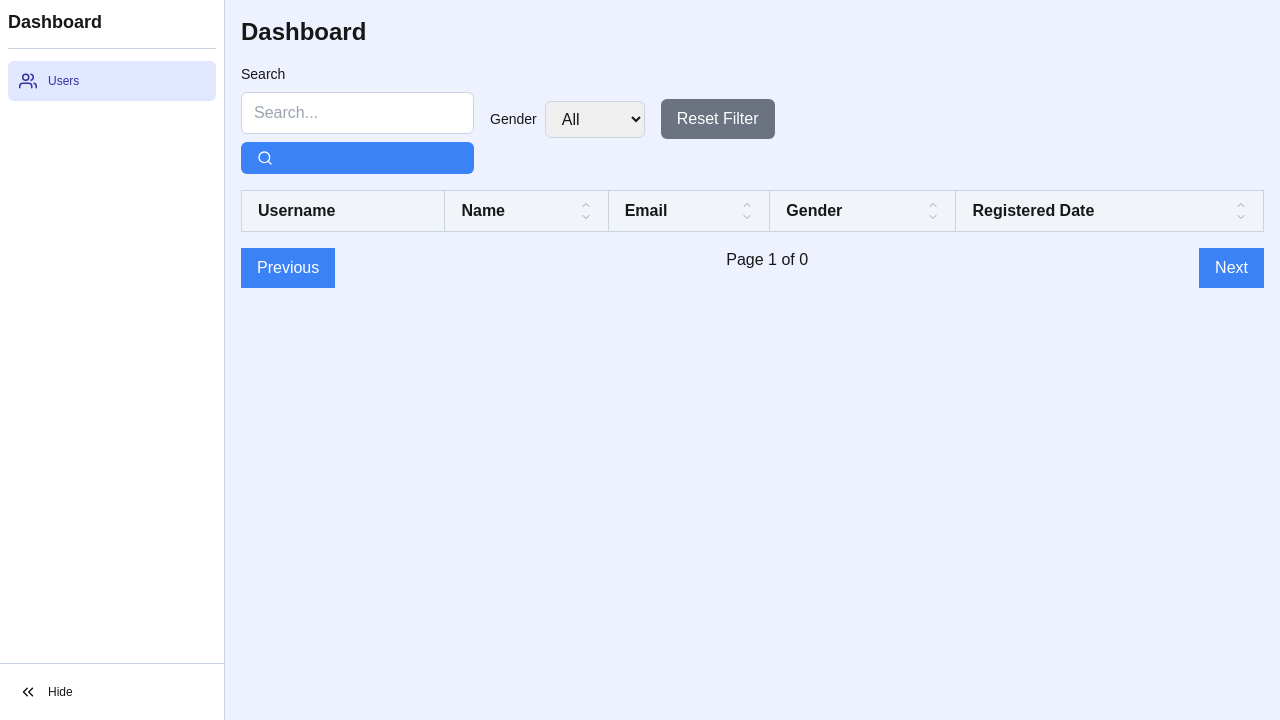
Repository: Ademaulana100499/userdashboard
Page: /
These files come from the project's save history. The page is drawn as it stood at one moment and after the next save; the edit follows.
The browser window is 1280 px wide. The pictures show the whole page.
The page's requests for data from a server got no answer. The project was rebuilt for these pictures with package versions that can differ from the ones it lists, and the page was loaded fresh each time. The framework's server and built-in components were replaced by stand-ins that run in the browser. No one was signed in, and anything a server would have sent is missing. Also part of the build but not shown: next.config.mjs.

Above is the page before, as saved 2025-02-14 21:52:53.

### src/pages/index.js
import React from "react";
import Sidebar from "@/components/Sidebar";
import DashboardContent from "@/components/DashboardContent";
const Dashboard = () => {
  return (
    <div className="flex bg-indigo-50">
      <Sidebar />
      <DashboardContent />
    </div>
  );
};

export default Dashboard;

### src/components/Sidebar.jsx
import React, { useState } from "react";
import { FiChevronsRight, FiUsers } from "react-icons/fi";
import { motion } from "framer-motion";
const Sidebar = () => {
  const [open, setOpen] = useState(true);
  const [selected, setSelected] = useState("Users");

  return (
    <motion.nav
      layout
      className="sticky top-0 h-screen shrink-0 border-r border-slate-300 bg-white p-2"
      style={{
        width: open ? "225px" : "fit-content",
      }}>
      <TitleSection open={open} />

      <div className="space-y-1">
        <Option
          Icon={FiUsers}
          title="Users"
          selected={selected}
          setSelected={setSelected}
          open={open}
        />
      </div>

      <ToggleClose open={open} setOpen={setOpen} />
    </motion.nav>
  );
};

const Option = ({ Icon, title, selected, setSelected, open, notifs }) => {
  return (
    <motion.button
      layout
      onClick={() => setSelected(title)}
      className={`relative flex h-10 w-full items-center rounded-md transition-colors ${
        selected === title
          ? "bg-indigo-100 text-indigo-800"
          : "text-slate-500 hover:bg-slate-100"
      }`}>
      <motion.div
        layout
        className="grid h-full w-10 place-content-center text-lg">
        <Icon />
      </motion.div>
      {open && (
        <motion.span
          layout
          initial={{ opacity: 0, y: 12 }}
          animate={{ opacity: 1, y: 0 }}
          transition={{ delay: 0.125 }}
          className="text-xs font-medium">
          {title}
        </motion.span>
      )}

      {notifs && open && (
        <motion.span
          initial={{ scale: 0, opacity: 0 }}
          animate={{
            opacity: 1,
            scale: 1,
          }}
          style={{ y: "-50%" }}
          transition={{ delay: 0.5 }}
          className="absolute right-2 top-1/2 size-4 rounded bg-indigo-500 text-xs text-white">
          {notifs}
        </motion.span>
      )}
    </motion.button>
  );
};

const TitleSection = ({ open }) => {
  return (
    <div className="mb-3 border-b border-slate-300 pb-3">
      <div className="flex cursor-pointer items-center justify-between rounded-md transition-colors hover:bg-slate-100">
        <div className="flex justify-center items-center">
          {open && (
            <motion.div
              layout
              initial={{ opacity: 0, y: 12 }}
              animate={{ opacity: 1, y: 0 }}
              transition={{ delay: 0.125 }}>
              <span className="block text-lg font-semibold">Dashboard</span>
            </motion.div>
          )}
        </div>
      </div>
    </div>
  );
};

const ToggleClose = ({ open, setOpen }) => {
  return (
    <motion.button
      layout
      onClick={() => setOpen((pv) => !pv)}
      className="absolute bottom-0 left-0 right-0 border-t border-slate-300 transition-colors hover:bg-slate-100">
      <div className="flex items-center p-2">
        <motion.div
          layout
          className="grid size-10 place-content-center text-lg">
          <FiChevronsRight
            className={`transition-transform ${open && "rotate-180"}`}
          />
        </motion.div>
        {open && (
          <motion.span
            layout
            initial={{ opacity: 0, y: 12 }}
            animate={{ opacity: 1, y: 0 }}
            transition={{ delay: 0.125 }}
            className="text-xs font-medium">
            Hide
          </motion.span>
        )}
      </div>
    </motion.button>
  );
};

export default Sidebar;

### src/components/DashboardContent.jsx
import { FiChevronUp, FiChevronDown } from "react-icons/fi";
import { useState, useEffect } from "react";
import { FiSearch } from "react-icons/fi";

const DashboardContent = () => {
  const [data, setData] = useState([]);
  const [filteredData, setFilteredData] = useState([]); // For filtered data
  const [sortConfig, setSortConfig] = useState({ key: null, direction: null });
  const [selectedGender, setSelectedGender] = useState("all"); // Gender filter state
  const [searchKeyword, setSearchKeyword] = useState(""); // For search keyword
  const [currentPage, setCurrentPage] = useState(1); // Track current page
  const itemsPerPage = 5; // Number of items to display per page

  const fetchData = async () => {
    try {
      const response = await fetch(`https://randomuser.me/api/?results=10`);
      const result = await response.json();
      setData(result.results);
      setFilteredData(result.results); // Initialize filteredData with all data
    } catch (error) {
      console.error("Error fetching data:", error);
    }
  };

  useEffect(() => {
    fetchData();
  }, []);

  const handleSort = (key) => {
    let direction = "asc";
    if (sortConfig.key === key && sortConfig.direction === "asc") {
      direction = "desc";
    }
    setSortConfig({ key, direction });

    setFilteredData((prevData) =>
      [...prevData].sort((a, b) => {
        const valueA = getNestedValue(a, key);
        const valueB = getNestedValue(b, key);

        if (valueA < valueB) return direction === "asc" ? -1 : 1;
        if (valueA > valueB) return direction === "asc" ? 1 : -1;
        return 0;
      })
    );
  };

  const handleSearch = () => {
    // Filter data based on searchKeyword only when the search button is clicked
    const filtered = data.filter((user) =>
      `${user.name.first} ${user.name.last}`
        .toLowerCase()
        .includes(searchKeyword.toLowerCase())
    );
    setFilteredData(filtered);
  };

  const handleGenderFilter = (gender) => {
    setSelectedGender(gender);
    if (gender === "all") {
      setFilteredData(data); // Show all data if "All" is selected
    } else {
      const filtered = data.filter((user) => user.gender === gender);
      setFilteredData(filtered); // Filter based on selected gender
    }
  };

  const handleResetFilter = () => {
    // Reset filters
    setSelectedGender("all");
    setSearchKeyword("");
    setFilteredData(data); // Reset filtered data to the original
  };

  const getNestedValue = (obj, path) => {
    return path
      .split(".")
      .reduce((acc, key) => (acc && acc[key] ? acc[key] : ""), obj);
  };

  const getSortIconStyle = (key) => {
    return sortConfig.key === key ? "text-black" : "text-gray-400";
  };

  // Paginate the filtered data based on the current page
  const paginateData = (data) => {
    const indexOfLastItem = currentPage * itemsPerPage;
    const indexOfFirstItem = indexOfLastItem - itemsPerPage;
    return data.slice(indexOfFirstItem, indexOfLastItem);
  };

  // Handle page change
  const handlePageChange = (page) => {
    setCurrentPage(page);
  };

  // Calculate total pages based on filtered data
  const totalPages = Math.ceil(filteredData.length / itemsPerPage);

  return (
    <div className="flex-1 p-4">
      <h1 className="text-2xl font-semibold mb-4">Dashboard</h1>
      <div className="flex gap-4 items-center mb-4">
        {/* Search */}
        <div className="flex flex-col  gap-2">
          <label htmlFor="search" className="text-sm">
            Search
          </label>
          <input
            type="text"
            id="search"
            value={searchKeyword}
            onChange={(e) => setSearchKeyword(e.target.value)} // Update search keyword
            placeholder="Search..."
            className="border border-slate-300 rounded-md px-3 py-2"
          />
          <button
            type="button"
            onClick={handleSearch}
            className="bg-blue-500 text-white px-4 py-2 rounded-md hover:bg-blue-600">
            <FiSearch />
          </button>
        </div>

        {/* Gender Filter */}
        <div className="flex items-center gap-2">
          <label htmlFor="gender" className="text-sm">
            Gender
          </label>
          <select
            name="gender"
            id="gender"
            value={selectedGender}
            onChange={(e) => handleGenderFilter(e.target.value)} // Update gender filter
            className="border border-slate-300 rounded-md px-3 py-2">
            <option value="all">All</option>
            <option value="male">Male</option>
            <option value="female">Female</option>
          </select>
        </div>

        {/* Reset Filter Button */}
        <div className="flex items-center">
          <button
            type="button"
            onClick={handleResetFilter}
            className="bg-gray-500 text-white px-4 py-2 rounded-md hover:bg-gray-600 mt-2 md:mt-0">
            Reset Filter
          </button>
        </div>
      </div>

      <table className="min-w-full table-auto border-collapse border border-slate-300 mt-4">
        <thead>
          <tr className="bg-slate-100">
            <th className="border border-slate-300 px-4 py-2 text-left">
              Username
            </th>
            <th className="border border-slate-300 px-4 py-2 text-left">
              <div className="flex justify-between items-center">
                <span>Name</span>
                <div className="flex flex-col items-center">
                  <FiChevronUp
                    onClick={() => handleSort("name.first")}
                    className={`text-xs cursor-pointer ${getSortIconStyle(
                      "name.first"
                    )}`}
                  />
                  <FiChevronDown
                    onClick={() => handleSort("name.first")}
                    className={`text-xs cursor-pointer ${getSortIconStyle(
                      "name.first"
                    )}`}
                  />
                </div>
              </div>
            </th>
            <th className="border border-slate-300 px-4 py-2 text-left">
              <div className="flex justify-between items-center">
                <span>Email</span>
                <div className="flex flex-col items-center">
                  <FiChevronUp
                    onClick={() => handleSort("email")}
                    className={`text-xs cursor-pointer ${getSortIconStyle(
                      "email"
                    )}`}
                  />
                  <FiChevronDown
                    onClick={() => handleSort("email")}
                    className={`text-xs cursor-pointer ${getSortIconStyle(
                      "email"
                    )}`}
                  />
                </div>
              </div>
            </th>
            <th className="border border-slate-300 px-4 py-2 text-left">
              <div className="flex justify-between items-center">
                <span>Gender</span>
                <div className="flex flex-col items-center">
                  <FiChevronUp
                    onClick={() => handleSort("gender")}
                    className={`text-xs cursor-pointer ${getSortIconStyle(
                      "gender"
                    )}`}
                  />
                  <FiChevronDown
                    onClick={() => handleSort("gender")}
                    className={`text-xs cursor-pointer ${getSortIconStyle(
                      "gender"
                    )}`}
                  />
                </div>
              </div>
            </th>
            <th className="border border-slate-300 px-4 py-2 text-left">
              <div className="flex justify-between items-center">
                <span>Registered Date</span>
                <div className="flex flex-col items-center">
                  <FiChevronUp
                    onClick={() => handleSort("registered.date")}
                    className={`text-xs cursor-pointer ${getSortIconStyle(
                      "registered.date"
                    )}`}
                  />
                  <FiChevronDown
                    onClick={() => handleSort("registered.date")}
                    className={`text-xs cursor-pointer ${getSortIconStyle(
                      "registered.date"
                    )}`}
                  />
                </div>
              </div>
            </th>
          </tr>
        </thead>
        <tbody>
          {paginateData(filteredData).map((user, index) => (
            <tr key={index} className="hover:bg-slate-50">
              <td className="border border-slate-300 px-4 py-2">
                {user.login.username}
              </td>
              <td className="border border-slate-300 px-4 py-2">
                {user.name.title} {user.name.first} {user.name.last}
              </td>
              <td className="border border-slate-300 px-4 py-2">
                {user.email}
              </td>
              <td className="border border-slate-300 px-4 py-2">
                {user.gender}
              </td>
              <td className="border border-slate-300 px-4 py-2">
                {new Date(user.registered.date)
                  .toLocaleString("id-ID", {
                    day: "2-digit",
                    month: "2-digit",
                    year: "numeric",
                    hour: "2-digit",
                    minute: "2-digit",
                  })
                  .replace(",", "")
                  .replace("/", "-")
                  .replace("/", "-")
                  .replace(".", ":")}
              </td>
            </tr>
          ))}
        </tbody>
      </table>

      {/* Pagination controls */}
      <div className="flex justify-between mt-4">
        <button
          onClick={() => handlePageChange(currentPage - 1)}
          disabled={currentPage === 1}
          className="px-4 py-2 bg-blue-500 text-white">
          Previous
        </button>
        <span>
          Page {currentPage} of {totalPages}
        </span>
        <button
          onClick={() => handlePageChange(currentPage + 1)}
          disabled={currentPage === totalPages}
          className="px-4 py-2 bg-blue-500 text-white">
          Next
        </button>
      </div>
    </div>
  );
};

export default DashboardContent;

Loaded but not shown: src/pages/_app.js (common file); src/pages/_document.js (common file); src/styles/globals.css (common file); tailwind.config.mjs (common file)

After the next save:
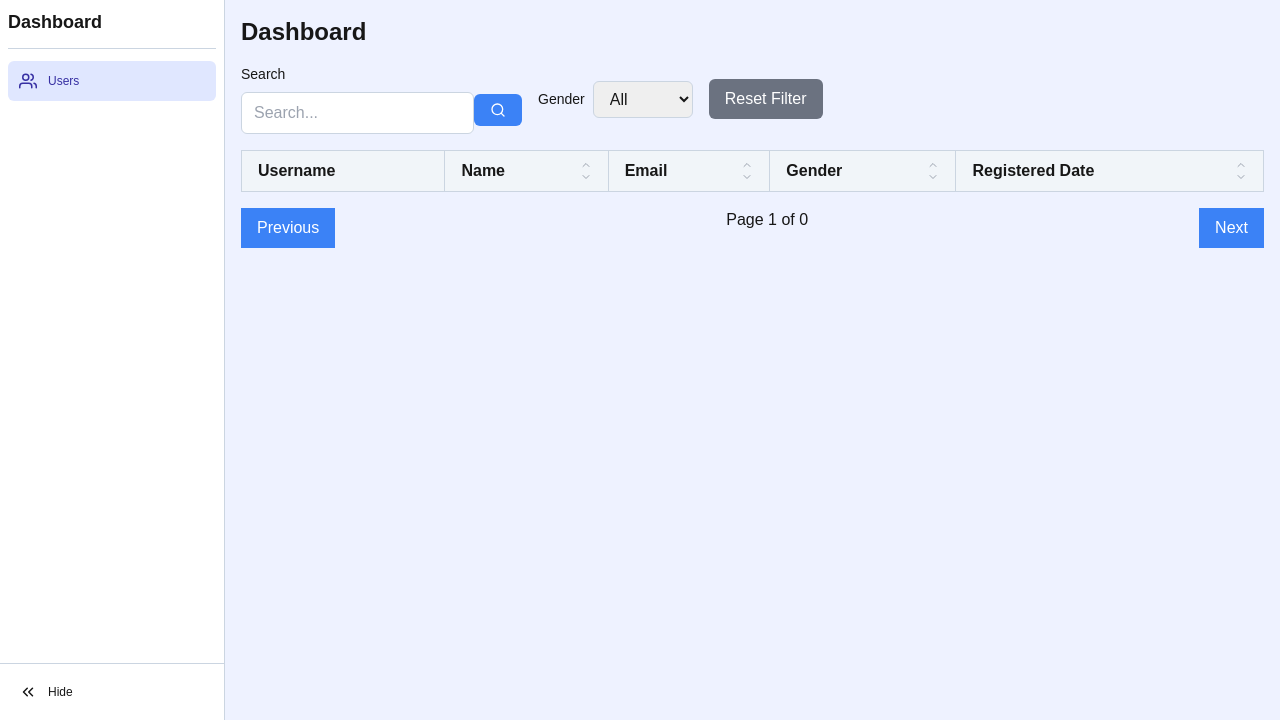
Saved 27 s later.
--- a/src/components/DashboardContent.jsx
+++ b/src/components/DashboardContent.jsx
@@ -106,20 +106,22 @@ const DashboardContent = () => {
           <label htmlFor="search" className="text-sm">
             Search
           </label>
-          <input
-            type="text"
-            id="search"
-            value={searchKeyword}
-            onChange={(e) => setSearchKeyword(e.target.value)} // Update search keyword
-            placeholder="Search..."
-            className="border border-slate-300 rounded-md px-3 py-2"
-          />
-          <button
-            type="button"
-            onClick={handleSearch}
-            className="bg-blue-500 text-white px-4 py-2 rounded-md hover:bg-blue-600">
-            <FiSearch />
-          </button>
+          <div>
+            <input
+              type="text"
+              id="search"
+              value={searchKeyword}
+              onChange={(e) => setSearchKeyword(e.target.value)} // Update search keyword
+              placeholder="Search..."
+              className="border border-slate-300 rounded-md px-3 py-2"
+            />
+            <button
+              type="button"
+              onClick={handleSearch}
+              className="bg-blue-500 text-white px-4 py-2 rounded-md hover:bg-blue-600">
+              <FiSearch />
+            </button>
+          </div>
         </div>
 
         {/* Gender Filter */}
